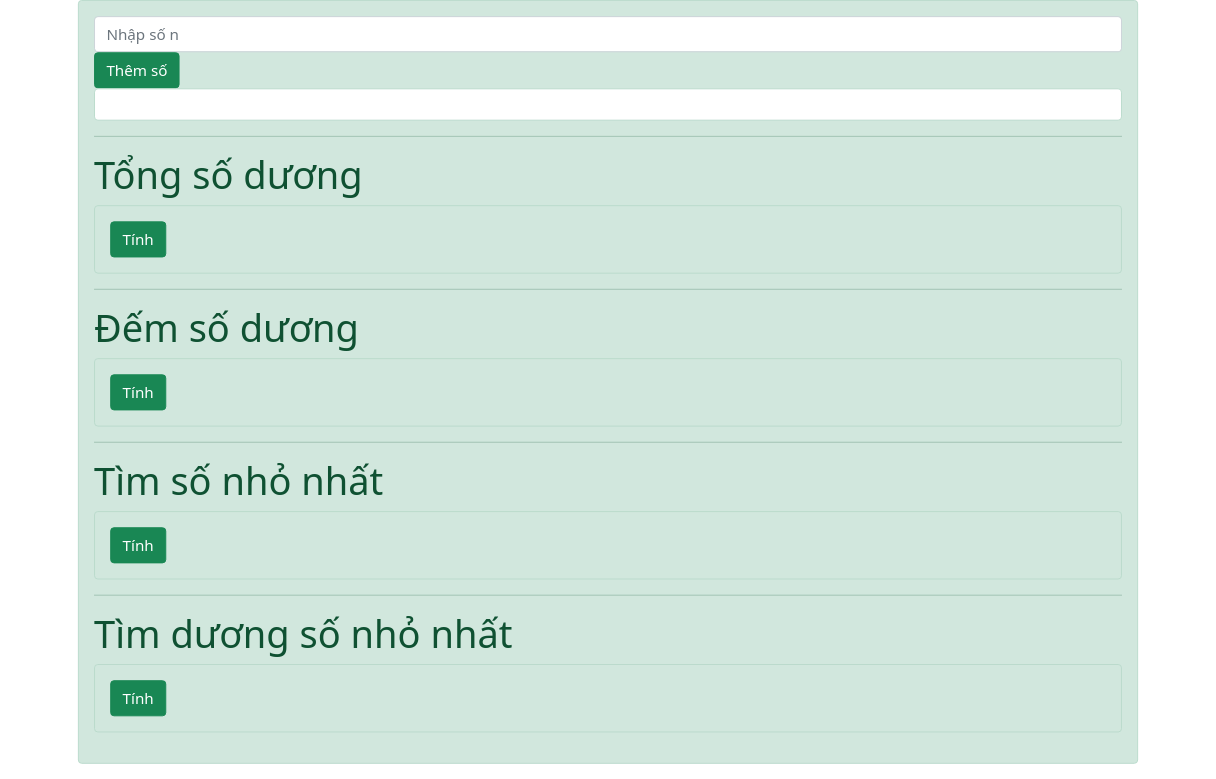
Repository: qkhanh1104k/Js-buoi7-8
Page: index.html
These files come from the project's save history. The page is drawn as it stood at one moment and after the next save; the edit follows.
The browser window is 1280 px wide. The pictures show the whole page, at 95% of full size.

Above is the page before, as saved 2022-07-26 20:36:01.

After the next save:
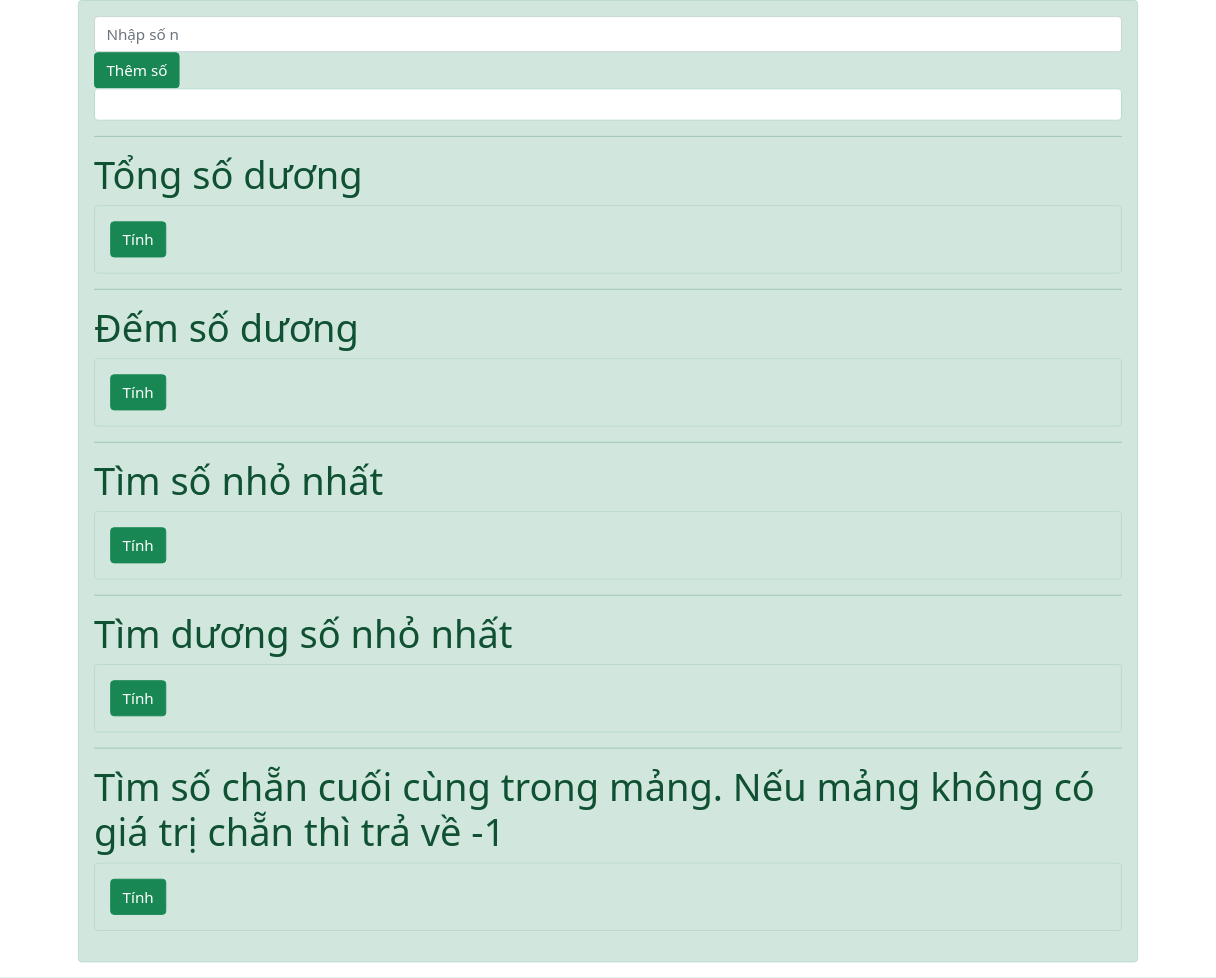
Saved 89 s later.
--- a/index.html
+++ b/index.html
@@ -52,6 +52,13 @@
               <button class="btn btn-success" onclick="calcTheSmallestNev()">Tính</button>
             </div>
           </div>
+          <hr>
+          <h1>Tìm số chẵn cuối cùng trong mảng. Nếu mảng không có giá trị chẵn thì trả về -1</h1>
+          <div>
+            <div class="alert alert-success" id="resBt5">
+              <button class="btn btn-success" onclick="calcTheSmallestNev()">Tính</button>
+            </div>
+          </div>
         </div>
       </div>
     </div>
